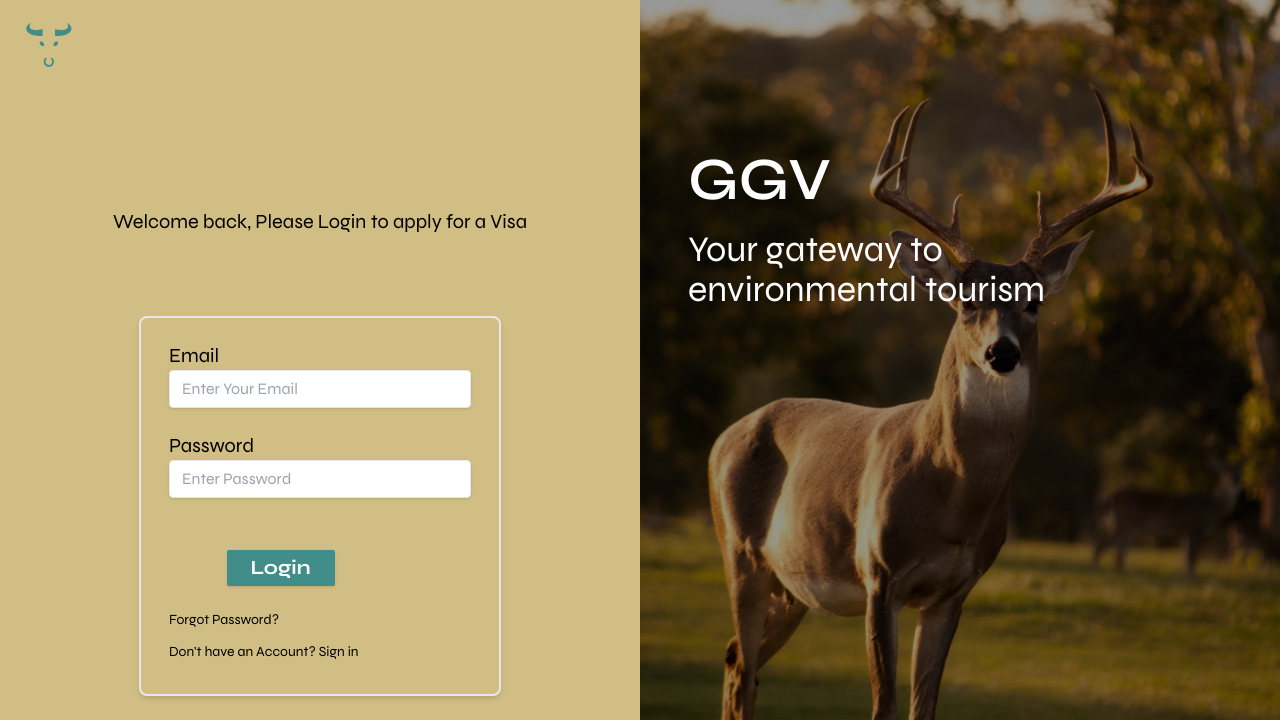
Repository: EngrAhmadUmar/landing-page
Page: /apply
These files come from the project's save history. The page is drawn as it stood at one moment and after the next save; the edit follows.
The browser window is 1280 px wide. The pictures show the whole page.
The project was rebuilt for these pictures with package versions that can differ from the ones it lists, and the page was loaded fresh each time. The framework's server and built-in components were replaced by stand-ins that run in the browser. Also part of the build but not shown: next.config.js, styles/Home.module.css, src/Queries/conservationAreas.jsx, src/mutations/ApplyVisa.js, src/Queries/areaOfConservationQuery.js, src/Components/GetConservationAreas.js, src/Components/ApplyPageComponents/ApplyForm.jsx, src/Components/ApplyPageComponents/RegisterForm.jsx.

Above is the page before, as saved 2022-07-12 09:58:08.

After the next save:
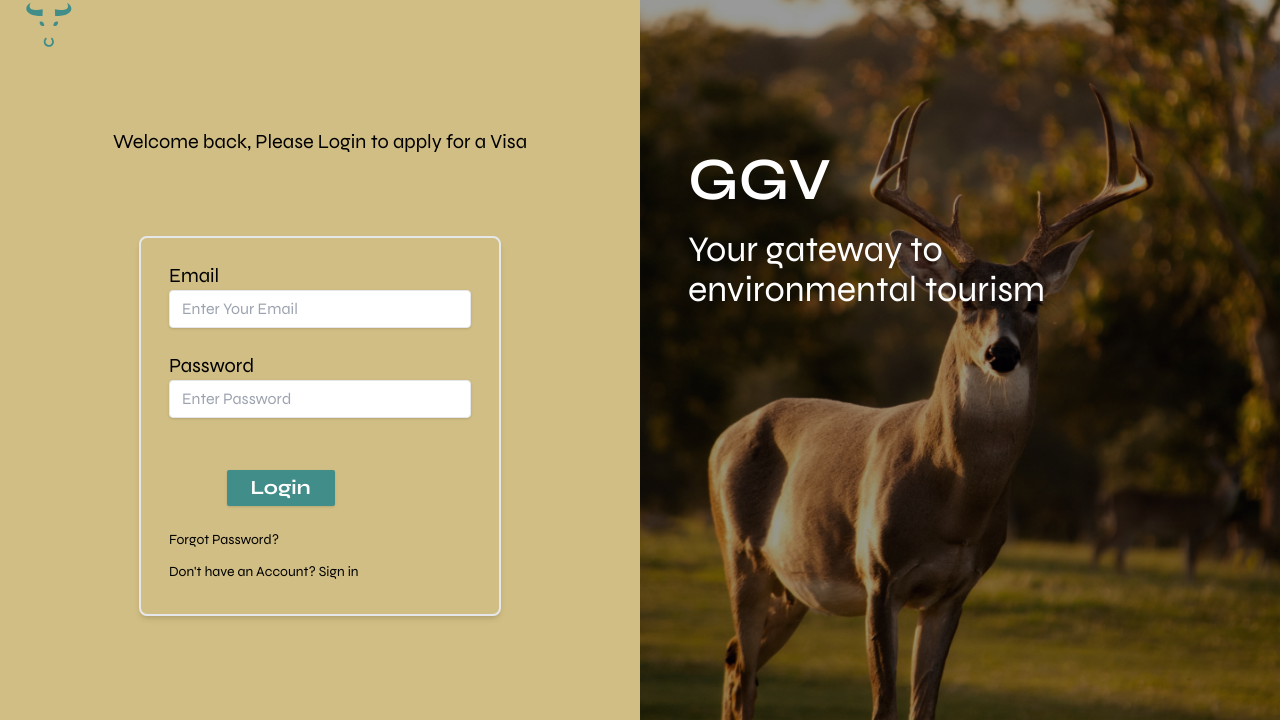
Saved 47 s later.
--- a/src/Components/ApplyPageComponents/LoginForm.jsx
+++ b/src/Components/ApplyPageComponents/LoginForm.jsx
@@ -7,6 +7,7 @@ import Link from "next/link";
 import FormButton from "./FormButton";
 import { AUTH_TOKEN } from "../constant";
 import { LOGIN_MUTATION } from "../../mutations/auth";
+import Logo from "../UI/Logo";
 
 const Login = () => {
   const [username, setUsername] = useState("");
@@ -53,15 +54,7 @@ const Login = () => {
         <meta name="description" content="Login to GGV" />
       </Head>
       <div className="h-[100vh]">
-        <div className="w-[50px] h-40 pt-5 ml-6">
-          <Image
-            src="/logo.svg"
-            layout="responsive"
-            width={5}
-            height={5}
-            opacity={100}
-          />
-        </div>
+        <Logo />
         <h3 className="text-center text-xl mt-[3rem]">
           Welcome back, Please Login to apply for a Visa
         </h3>
